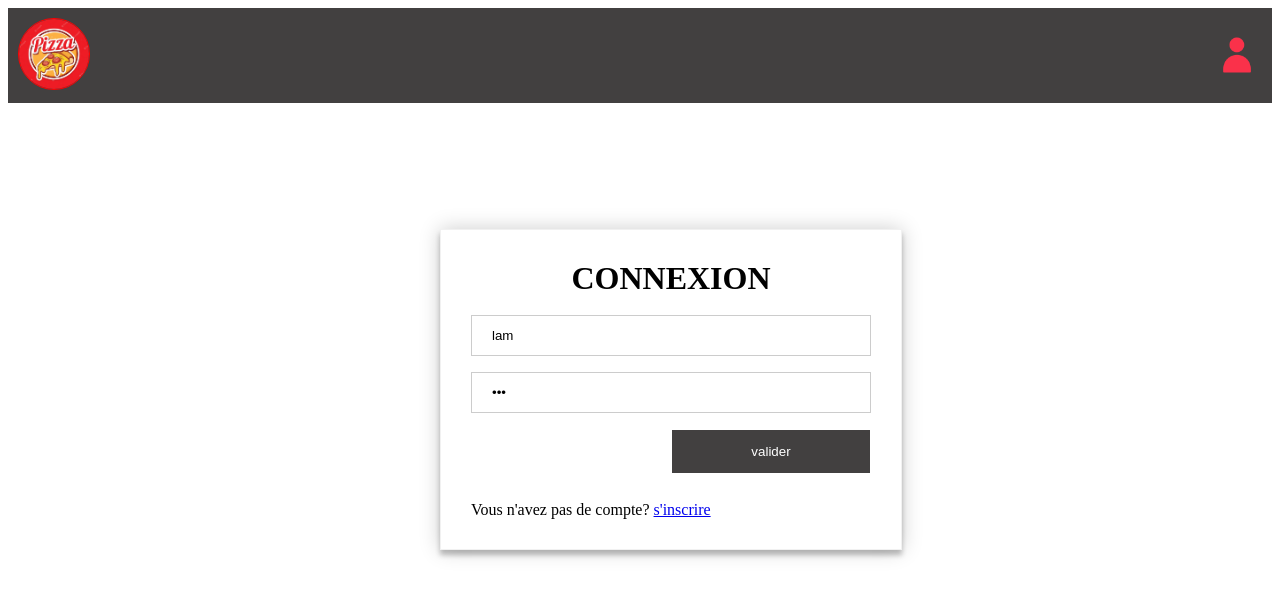
Repository: mlaminebah/PizzaWeb
Page: http://localhost/pizzaweb/Seconnecter
The author's editor kept a copy of each file at every save. The page is drawn from the files as they stood at one save, then again after the next save.
The browser window is 1280 px wide. The pictures show the whole page.
The page is served by Tomcat 9. Other server files are loaded and not shown.

Above is the page before, as saved 2022-03-23 19:27:44.

### PizzaWeb/pizzaweb/src/main/webapp/seconnecter.jsp
<%@ page language="java" contentType="text/html; charset=UTF-8"
    pageEncoding="UTF-8"%>
<%@ taglib uri="http://java.sun.com/jsp/jstl/core" prefix="c" %>
<%@ include file="header.jsp" %>
		<c:if test="${!empty sessionScope.mail || !empty sessionScope.pass} ">
			<c:out value="hello"></c:out>
			<c:out value="${sessionScope.pass}"></c:out>
        	<c:set var="mail" value="${sessionScope.mail}" scope="page" />
        	<c:set var="pass" value="${sessionScope.pass}" scope="page" />
    	</c:if>
		<div class="connexion">
			<!-- L'action est renvoyée vers la servlet Seconnecter -->
	        <form action="Seconnecter" method="post" class="formcon">
	            <h1 align="center"> CONNEXION </h1>
	            <input type="email" placeholder="Adresse email" value="lam" name="email" required class="log">
	            <input type="password" placeholder="Mot de passe" value="lam" name="password" required class="mp">
	            <button id="valid"  class="valid" type="submit">valider</button>
	            <p class="noAccount">Vous n'avez pas de compte?  <a href="sinscrire.jsp">s'inscrire</a> </p>
	            <!-- Affichage du message d'erreur en cas d'erreur d'authentification avec du jstl -->
	           <c:if test="${!empty conForm.resultat}"><p class="erreur"><c:out value="${conForm.resultat}"/></p></c:if>
	        </form>

   		</div>
	</body>
</html>

### PizzaWeb/pizzaweb/src/main/webapp/header.jsp
<%@ page language="java" contentType="text/html; charset=UTF-8"
    pageEncoding="UTF-8"%>

<!DOCTYPE html>
<html>
	<head>
		<meta charset="UTF-8">
		<title>Welcome</title>
		<link href="css/header.css" rel="stylesheet" type="text/css"/>
		<link href="css/basket.css" rel="stylesheet"/>
        <link href="css/dropdown.css" rel="stylesheet"/>
        <link href="css/header.css" rel="stylesheet"/>
        <link href="css/survolPizza.css" rel="stylesheet"/>
        <link href="css/produits.css" rel="stylesheet"/>
        <link rel="stylesheet" href="css/signup.css">
        <link rel="stylesheet" href="css/login.css" type="text/css">
	</head>
	<body>
		<header>
				<nav class="header-left">
			         <a><img class="logo" id="logo" src="images/logo.jpg"/></a>
			    </nav>
			    <nav class="header-right">
			         <img class="profile" id="profile" src="images/user.png"/>
			    </nav>
		</header>

### PizzaWeb/pizzaweb/src/main/java/com/pizza/servlets/Seconnecter.java
package com.pizza.servlets;

import java.io.IOException;
import java.security.NoSuchAlgorithmException;
import java.sql.SQLException;

import javax.servlet.ServletException;
import javax.servlet.annotation.WebServlet;
import javax.servlet.http.HttpServlet;
import javax.servlet.http.HttpServletRequest;
import javax.servlet.http.HttpServletResponse;
import javax.servlet.http.HttpSession;

import com.pizza.model.ConnexionForm;
import com.pizza.model.ListeDesPizzas;
import com.pizza.model.NosPizzas;

/**
 * Servlet implementation class Seconnecter
 */

public class Seconnecter extends HttpServlet {
	private static final long serialVersionUID = 1L;

    /**
     * @see HttpServlet#HttpServlet()
     */
    public Seconnecter() {
        super();
        // TODO Auto-generated constructor stub
    }

	/**
	 * @see HttpServlet#doGet(HttpServletRequest request, HttpServletResponse response)
	 */
	protected void doGet(HttpServletRequest request, HttpServletResponse response) throws ServletException, IOException {
		if (request.getSession().getAttribute("idClient") == null)
			request.getRequestDispatcher("/seconnecter.jsp").forward(request, response);
		else {
			//on va au passage transmettre à la vue la liste des pizzas disponibles
			ListeDesPizzas nosPizzas;

			try {
				nosPizzas = new NosPizzas().getListeDesPizzas();
				//on envoie la liste des pizzas à la vue
				request.setAttribute("pizzas", nosPizzas.getPizzas());
				request.getRequestDispatcher("/commander.jsp").forward(request, response);

			} catch (ClassNotFoundException | SQLException e) {
				// TODO Auto-generated catch block
				e.printStackTrace();
			}

		}
	}

	/**
	 * @see HttpServlet#doPost(HttpServletRequest request, HttpServletResponse response)
	 */
	protected void doPost(HttpServletRequest request, HttpServletResponse response) throws ServletException, IOException {
			//on fait appel à notre classe qui vérifie l'authentification
			ConnexionForm conForm;
			conForm = new ConnexionForm();
			//si la fonction renvoie false ou retourne vers la page de connection (échec authentification)
			try {
				if (!conForm.verifierIdentifiantsCon(request)) {
					request.setAttribute("conForm", conForm);
					this.getServletContext().getRequestDispatcher("/seconnecter.jsp").forward(request, response);//renvoie d'une reponse d'erreur à la vue
				} else {
					//on rededirige vers la page lui permettant de commander

					this.getServletContext().getRequestDispatcher("/commander.jsp").forward(request, response);
				}
			} catch (ClassNotFoundException | SQLException | ServletException | IOException e) {
				// TODO Auto-generated catch block
				e.printStackTrace();
			} catch (NoSuchAlgorithmException e) {
				// TODO Auto-generated catch block
				e.printStackTrace();
			}

	}

}

### PizzaWeb/pizzaweb/src/main/webapp/css/header.css
header {
    display: grid;
    grid-template-columns: 1fr 0.4fr;
    overflow: hidden;
    background-color:rgb(66, 64, 64);
    height: 85px;
    padding: 10px 15px 0px 10px;
}
.header-left .logo {
    width: 70px;
    height: 70px;
    border : 1px solid red;
    border-radius: 50px;
    float: left;
}
.nom {
	color: white;
	float: right;
	padding-top: 35px;
	font-size : 20px;
}

.header-right .profile {
    width: 40px;
    height: 40px;
    padding-top: 17px;
    float: right;
}
.erreur {
	color: red;
}
.success {
	color: green;
}

### PizzaWeb/pizzaweb/src/main/webapp/css/basket.css
main {
    display: flex;
    gap: 20px;
    flex-direction: row;
    margin-top: 10px;
}
section {
    width: 1000px;
    height: auto;
    border-bottom: 0px solid rgb(243, 207, 207);
}
aside {
    width:470px;
    height: auto;
    border: 1px solid rgb(243, 207, 207);
}

.select {
    display: grid;
    grid-template-columns: 1fr;
    border-bottom: 1px solid rgb(243, 207, 207);
}

.monPan,.tablePan {
	text-align:center
}
.elem {
	text-align:center;
}
.total {
	text-align:right;
}
.ppan {
	heigth:50px;
	width:50px;
}
.sub {
	color:orange;
	font-size: 30px;
	font-family:bold;
	text-decoration: none;
}
.sup {
	color:red;
	font-size: 20px;
	font-family:bold;
	text-decoration: none;
}

### PizzaWeb/pizzaweb/src/main/webapp/css/dropdown.css
/* Dropdown button */
.dropdown .dropbtn {
    font-size: 16px;
    border: none;
    outline: none;
    color:black;

    background-color: inherit;
    font-family: inherit; /* Important for vertical align on mobile phones */
    margin: 0; /* Important for vertical align on mobile phones */
}
/* Dropdown content (hidden by default) */
.dropdown-content {
    display: none;
    position: absolute;
    background-color: #f9f9f9;
    min-width: 160px;
    box-shadow: 0px 8px 16px 0px rgba(0,0,0,0.2);
    z-index: 1;
}
/* Links inside the dropdown */
.dropdown-content a {
    float: none;
    color: black;
    padding: 12px 16px;
    text-decoration: none;
    display: block;
    text-align: left;
  }

  /* Add a grey background color to dropdown links on hover */
  .dropdown-content a:hover {
    background-color: #ddd;
  }

  /* Show the dropdown menu on hover */
  .dropdown:hover .dropdown-content {
    display: block;
  }

### PizzaWeb/pizzaweb/src/main/webapp/css/survolPizza.css

        .survolPizza {
            position: relative;
            width: 100%;
            height: 100%;
        }
        .overlay {
            position: absolute;
            top: 0;
            bottom: 0;
            left: 0;
            right: 0;
            height: 100%;
            width: 100%;
            opacity: 0;
            transition: .5s ease;
            background-color:rgb(66, 64, 64);
        }

        .survolPizza:hover .overlay {
            opacity: 1;
        }

        .text {
            color: white;
            font-size: 20px;
            position: absolute;
            top: 50%;
            left: 50%;
            -webkit-transform: translate(-50%, -50%);
            -ms-transform: translate(-50%, -50%);
            transform: translate(-50%, -50%);
            text-align: center;
        }

### PizzaWeb/pizzaweb/src/main/webapp/css/produits.css
.produits {
    display: grid;
    grid-template-columns: 1fr 1fr 1fr;
    gap:35px;
    margin-top: 15px;
}

.product {
    max-width: 90%;
    padding: 0 4px;
    height: 190px;
    border: 0px solid rgb(243, 207, 207);
}
.product img {
    margin-top: 8px;
    margin-left: 15%;
    width: 70%;
    height: 70%;
}
.product .prix {
    font-size: 20px;
}
.product table {
    margin-left: 40px;
}
.product .icone_add {
    margin-left: 50px;
    margin-top: -2px;
}

### PizzaWeb/pizzaweb/src/main/webapp/css/signup.css
.signup {
    width: 420px;
    height: 610px;
    top: 60%;
    left: 50%;
    position: absolute;
    transform: translate(-50%,-50%);
    box-sizing: border-box;
    padding: 70px 30px;
    border: 1px solid #f1f1f1;
    background: #fff;
    box-shadow: 0 0 20px 0 rgba(0, 0, 0, 0.2), 0 5px 5px 0 rgba(0, 0, 0, 0.24);
}
.profil {
    width: 80px;
    height: 80px;
    position: absolute;
    top: -10px;
    left: calc(50% - 50px);
    border: 50%;


}

.sinscrire{
    margin: 0;
    padding: 0;
    text-align: center;
    font-size: 22px;
}

.sig{
    width: 100%;
    margin-bottom: 20px;
    border: none;
    background: transparent;
    border-bottom: 1px solid white;
    height: 40px;
    font-size: 16px;
    outline: none;

}
.bsins {
    width: 100%;
    margin-bottom: 20px;
    height: 40px;
    background-color:rgb(66, 64, 64);
    color: white;
}

### PizzaWeb/pizzaweb/src/main/webapp/css/login.css

.connexion{
    width:400px;
    margin:0 auto;
    margin-top:10%;
}
/* Bordered form */
.formcon {
    left: center;
    width:100%;
    padding: 30px;
    border: 1px solid #f1f1f1;
    background: #fff;
    box-shadow: 0 0 20px 0 rgba(0, 0, 0, 0.2), 0 5px 5px 0 rgba(0, 0, 0, 0.24);
}
.formcon h1{
    position: relative;
    width: 100%;
    margin: auto;
    padding-bottom: 10px;
}
.noAccount{
    color: solid #ccc;
    width: 100%;
    margin: auto;
    padding-top: 80px;
}

/* Full-width inputs */
.mp,.log {
    width: 100%;
    padding: 12px 20px;
    margin: 8px 0;
    display: inline-block;
    border: 1px solid #ccc;
    box-sizing: border-box;
}

/* Set a style for all buttons */
.valid {
    background-color:rgb(66, 64, 64);
    color: white;
    padding: 14px 20px;
    float: right;
    margin: 8px 0;
    border: none;
    cursor: pointer;
    width: 50%;
    border: 1px solid rgb(255, 255, 255);
}
valid:hover {
    background-color: white;
    color: rgb(200, 235, 47);
    border: 1px solid rgb(175, 197, 76);
}

After the next save:
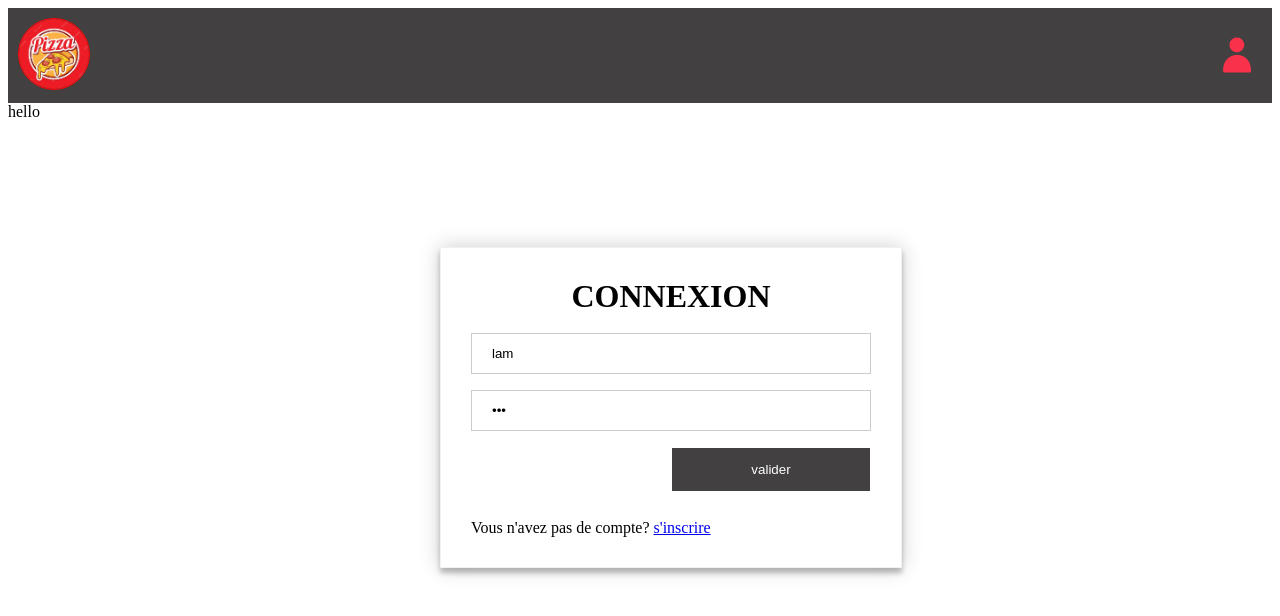
Saved 42 s later.
--- a/PizzaWeb/pizzaweb/src/main/webapp/seconnecter.jsp
+++ b/PizzaWeb/pizzaweb/src/main/webapp/seconnecter.jsp
@@ -2,12 +2,12 @@
     pageEncoding="UTF-8"%>
 <%@ taglib uri="http://java.sun.com/jsp/jstl/core" prefix="c" %>
 <%@ include file="header.jsp" %>
-		<c:if test="${!empty sessionScope.mail || !empty sessionScope.pass} ">
+
 			<c:out value="hello"></c:out>
 			<c:out value="${sessionScope.pass}"></c:out>
         	<c:set var="mail" value="${sessionScope.mail}" scope="page" />
         	<c:set var="pass" value="${sessionScope.pass}" scope="page" />
-    	</c:if>
+
 		<div class="connexion">
 			<!-- L'action est renvoyée vers la servlet Seconnecter -->
 	        <form action="Seconnecter" method="post" class="formcon">

After the save that followed:
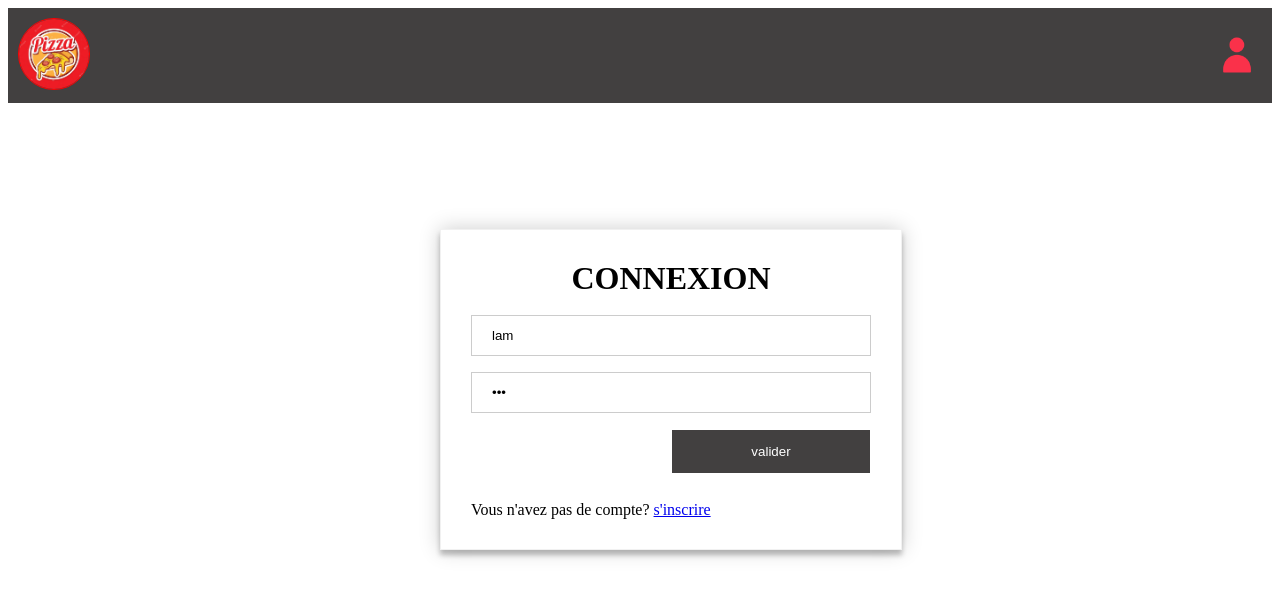
Saved 3 min 5 s later.
--- a/PizzaWeb/pizzaweb/src/main/webapp/seconnecter.jsp
+++ b/PizzaWeb/pizzaweb/src/main/webapp/seconnecter.jsp
@@ -2,12 +2,12 @@
     pageEncoding="UTF-8"%>
 <%@ taglib uri="http://java.sun.com/jsp/jstl/core" prefix="c" %>
 <%@ include file="header.jsp" %>
-
-			<c:out value="hello"></c:out>
+		<c:if test="${!empty sessionScope.mail || !empty sessionScope.pass} ">
+			<c:out value="${sessionScope.mail}"></c:out>
 			<c:out value="${sessionScope.pass}"></c:out>
         	<c:set var="mail" value="${sessionScope.mail}" scope="page" />
         	<c:set var="pass" value="${sessionScope.pass}" scope="page" />
-
+    	</c:if>
 		<div class="connexion">
 			<!-- L'action est renvoyée vers la servlet Seconnecter -->
 	        <form action="Seconnecter" method="post" class="formcon">
